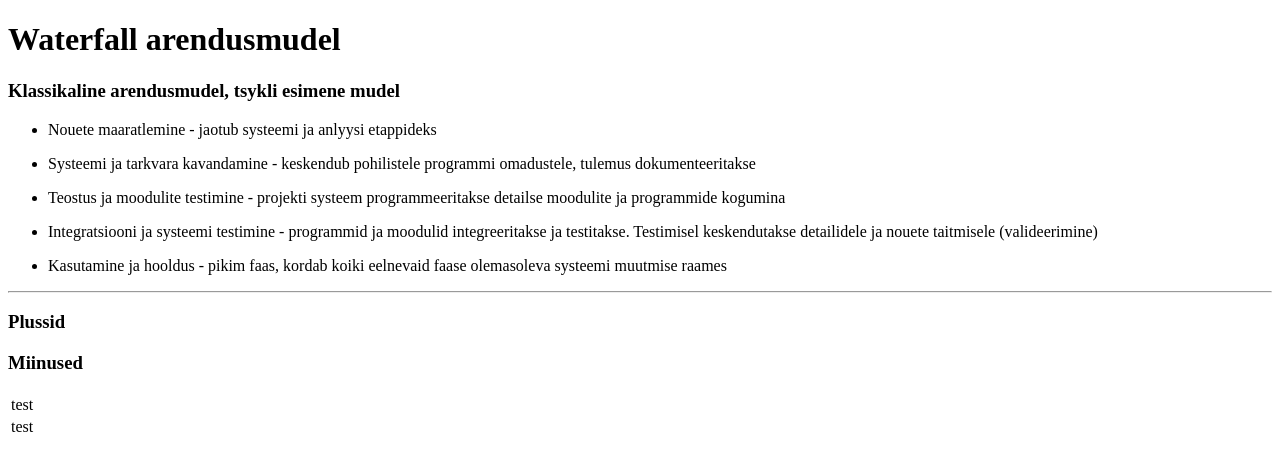
Repository: annemariv/Targe24
Page: elutsykkel/waterfall.html
An editor plug-in stored every save of this project. The page is shown before and after a run of saves, followed by the edit.
The browser window is 1280 px wide. The pictures show the whole page.

Above is the page before, as saved 2024-11-06 18:54:12.

### elutsykkel/waterfall.html
<!DOCTYPE html>
<html lang="en">
<head>
    <meta charset="UTF-8">
    <meta name="viewport" content="width=device-width, initial-scale=1.0">
    <title>Waterfall arendusmudel</title>
</head>
<body>
    <p>
        <!--pealkiri-->
        <!--kirjeldus oma sonadega-->
        <!--etappide tapsem kirjeldus-->
        <!--visuaalne joonis-->
        <!--tabel, mis loetleb head ja vead ()-->
    </p>
    <h1>Waterfall arendusmudel</h1>
    <h3>Klassikaline arendusmudel, tsykli esimene mudel</h3>
    <ul>
        <li>
            <p>Nouete maaratlemine - jaotub systeemi ja anlyysi etappideks</p>
        </li>
        <li>
            <p>Systeemi ja tarkvara kavandamine - keskendub pohilistele programmi omadustele, tulemus dokumenteeritakse</p>
        </li>
        <li>
            <p>Teostus ja moodulite testimine - projekti systeem programmeeritakse detailse moodulite ja programmide kogumina</p>
        </li>
        <li>
            <p>Integratsiooni ja systeemi testimine - programmid ja moodulid integreeritakse ja testitakse. Testimisel keskendutakse detailidele ja nouete taitmisele (valideerimine)</p>
        </li>
        <li>
            <p>Kasutamine ja hooldus - pikim faas, kordab koiki eelnevaid faase olemasoleva systeemi muutmise raames</p>
        </li>
    </ul>
    <hr/>
    <table>
        <tr> <h3>Plussid</h3>
            <td>test</td>
            <td></td>
        </tr>
        <tr> <h3>Miinused</h3>
            <td>test</td>
            <td></td>
        </tr>
    </table>
</body>
</html>

After the next 2 saves:
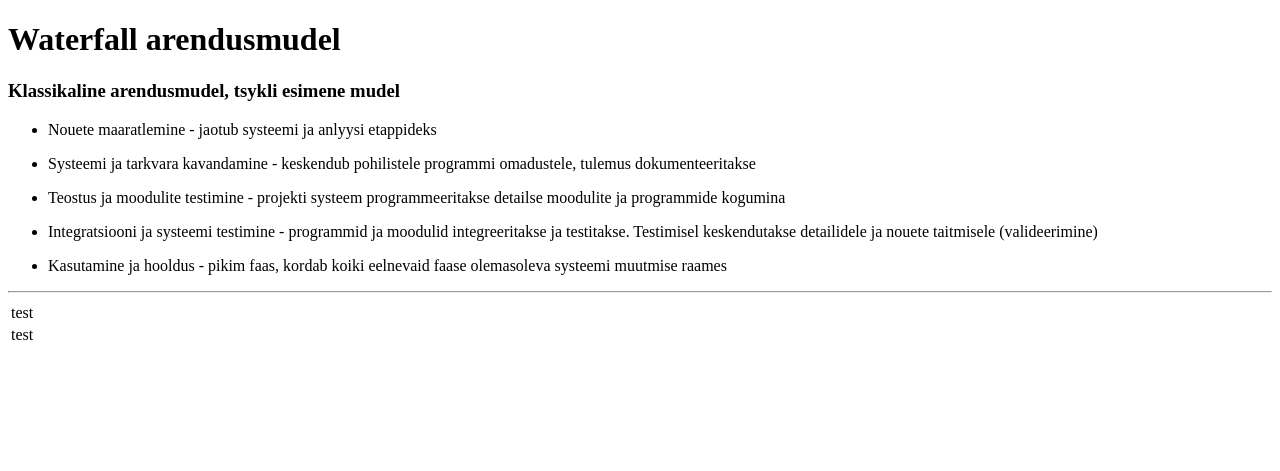
The 2 saves are shown as one change because they came seconds apart.
The last was saved 29 s later.
--- a/elutsykkel/waterfall.html
+++ b/elutsykkel/waterfall.html
@@ -34,11 +34,11 @@
     </ul>
     <hr/>
     <table>
-        <tr> <h3>Plussid</h3>
+        <tr>
             <td>test</td>
             <td></td>
         </tr>
-        <tr> <h3>Miinused</h3>
+        <tr>
             <td>test</td>
             <td></td>
         </tr>
